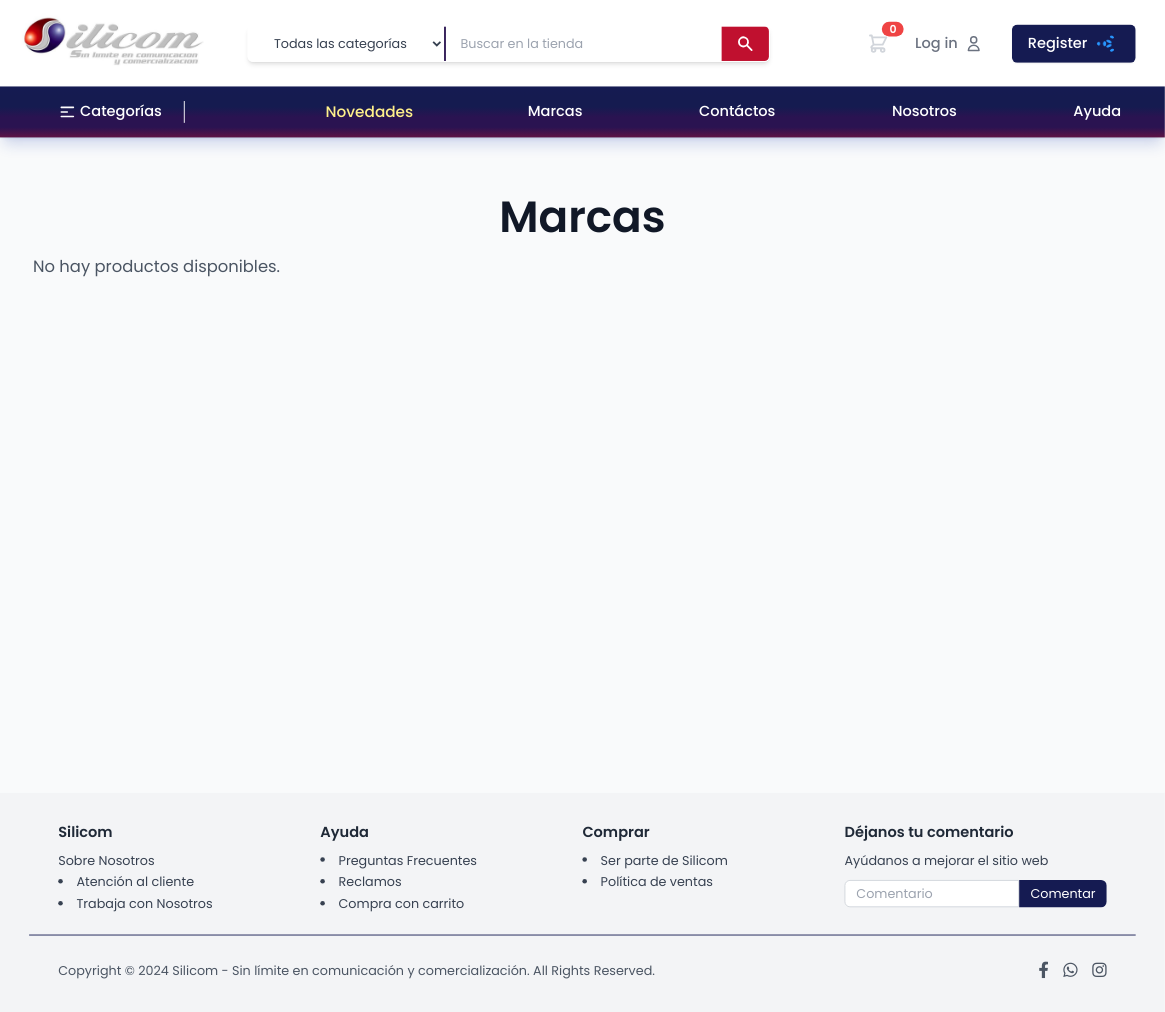
Repository: Francovg18/ecommerce
Page: /news
The author's editor kept a copy of each file at every save. The page is drawn from the files as they stood at one save, then again after the next save.
The browser window is 1280 px wide. The pictures show the whole page, at 91% of full size.
The page's requests for data from a server got no answer. The project was rebuilt for these pictures with package versions that can differ from the ones it lists, and the page was loaded fresh each time. No one was signed in, and anything a server would have sent is missing. Also part of the build but not shown: src/components/home/Banner.js, src/components/home/ProductsArrival.js, src/components/home/ProductsSold.js, src/redux/actions/brands.js, src/components/home/Brand.js, src/components/home/Product.js, src/containers/Home.jsx, src/containers/errors/Error404.jsx and 39 more.

Above is the page before, as saved 2025-01-29 20:33:51.

After the next save:
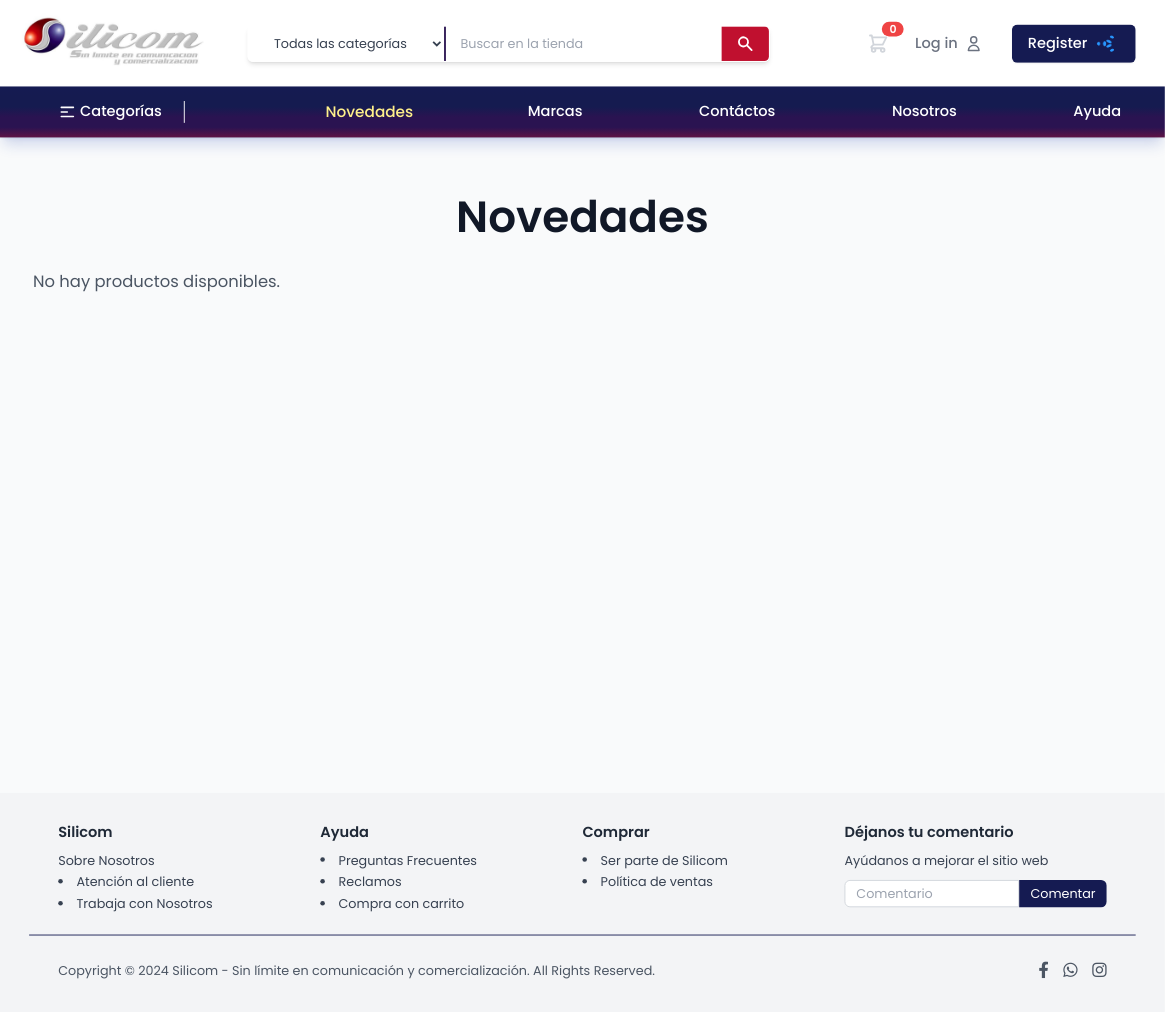
Saved 18 s later.
--- a/src/containers/pages/NewsProducts.jsx
+++ b/src/containers/pages/NewsProducts.jsx
@@ -8,8 +8,8 @@ const NewsProducts = ({ data, isAuthenticated }) => {
   return (
     <div className="bg-gray-50 min-h-screen py-16">
       <div className="max-w-7xl mx-auto px-4 sm:px-6 lg:px-8">
-        <div className="text-center max-w-2xl mx-auto mb-4">
-          <h1 className="text-5xl font-extrabold text-gray-900">Marcas</h1>
+        <div className="text-center max-w-2xl mx-auto mb-8">
+          <h1 className="text-5xl font-extrabold text-gray-900">Novedades</h1>
         </div>
 
         <div className="grid grid-cols-2 sm:grid-cols-2 md:grid-cols-3 lg:grid-cols-4 gap-8">
